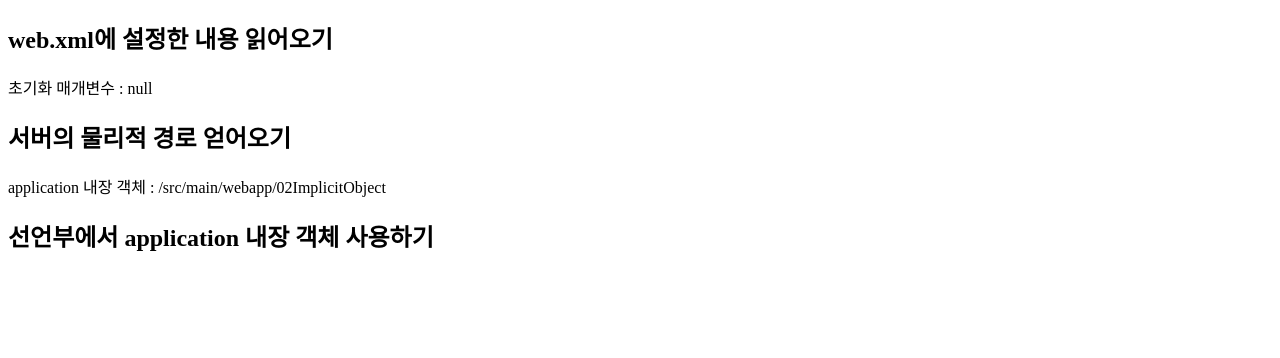
Repository: khs09/JSP_servelet
Page: http://localhost/MustHaveJSP/02ImplicitObject/ApplicationMain.jsp
The author's editor kept a copy of each file at every save. The page is drawn from the files as they stood at one save, then again after the next save.
The browser window is 1280 px wide. The pictures show the whole page.
The page is served by Tomcat 10.

Above is the page before, as saved 2025-05-07 01:07:34.

After the next save:
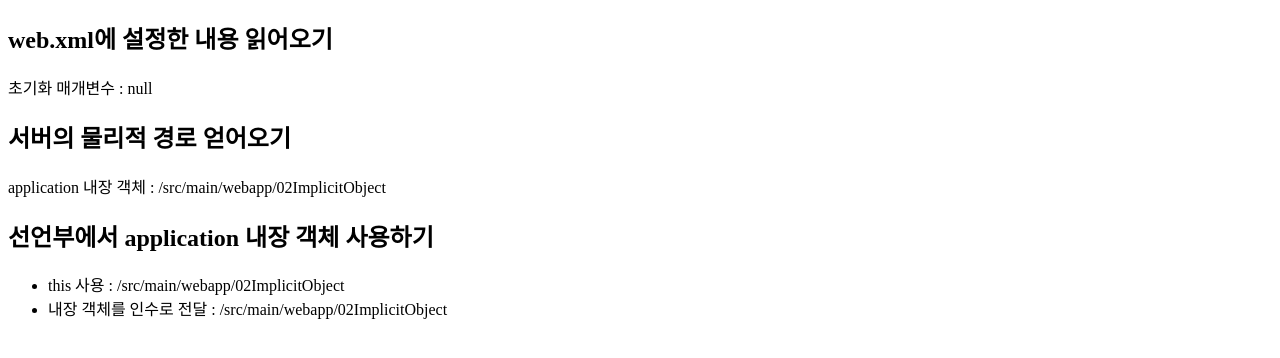
Saved 114 s later.
--- a/MustHaveJSP/src/main/webapp/02ImplicitObject/ApplicationMain.jsp
+++ b/MustHaveJSP/src/main/webapp/02ImplicitObject/ApplicationMain.jsp
@@ -21,9 +21,11 @@
 	public String useImplicitObject(ServletContext app) {
 		return app.getRealPath("/02ImplicitObject");
 	}
-
-
 	%>
+	<ul>
+		<li>this 사용 : <%= useImplicitObject() %></li>
+		<li>내장 객체를 인수로 전달 : <%= useImplicitObject(application) %></li>
+	</ul>
 
 	</body>
 </html>
